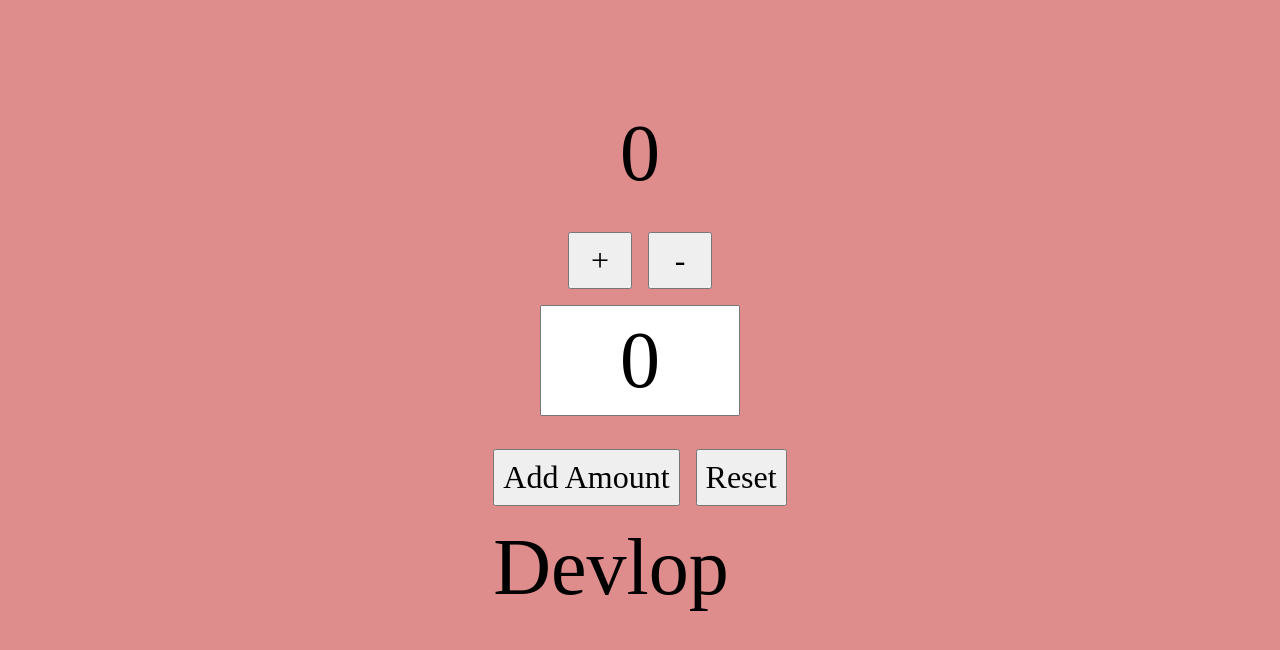
Repository: nasimqureshi/counter-in-redux
Page: /
These files come from the project's save history. The page is drawn as it stood at one moment and after the next save; the edit follows.
The browser window is 1280 px wide. The pictures show the whole page.
The project was rebuilt for these pictures with package versions that can differ from the ones it lists, and the page was loaded fresh each time.

Above is the page before, as saved 2024-10-16 23:37:29.

After the next save:
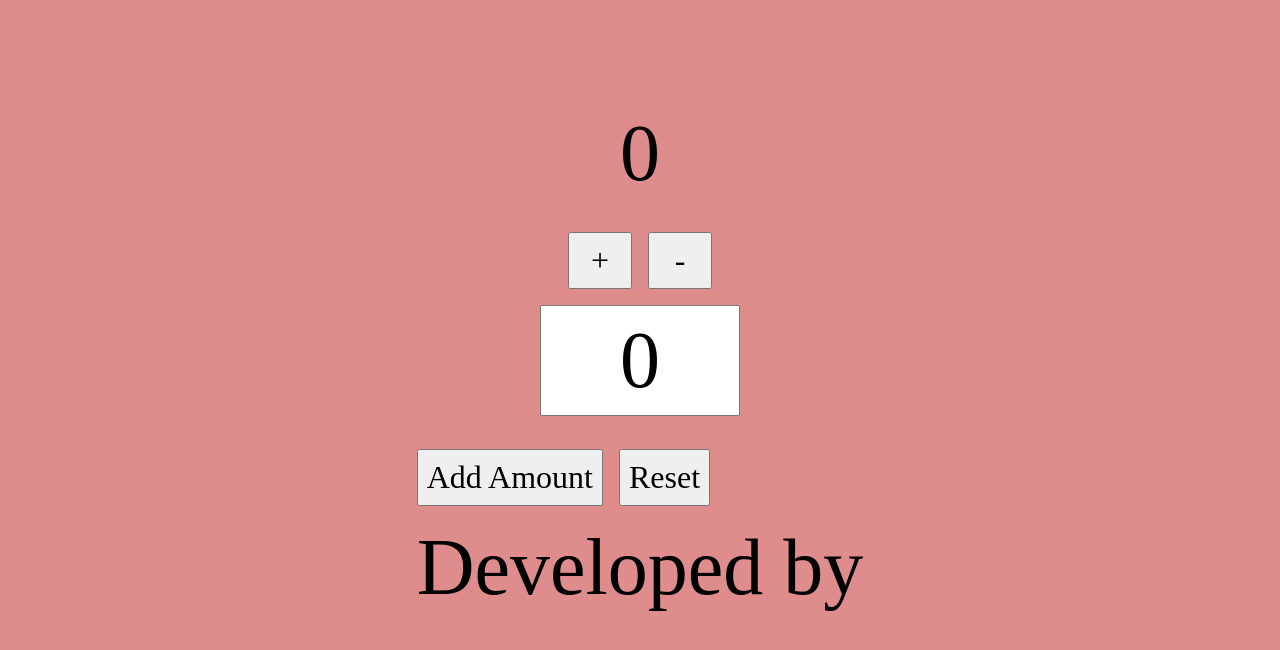
Saved 7 s later.
--- a/src/features/counter/Counter.js
+++ b/src/features/counter/Counter.js
@@ -39,7 +39,7 @@ const Counter = () => {
                 <button onClick={resetAll}>Reset</button>
 
                 <br />
-                <p>Devlop</p>
+                <p>Developed by </p>
             </div>
         </section>
     )
